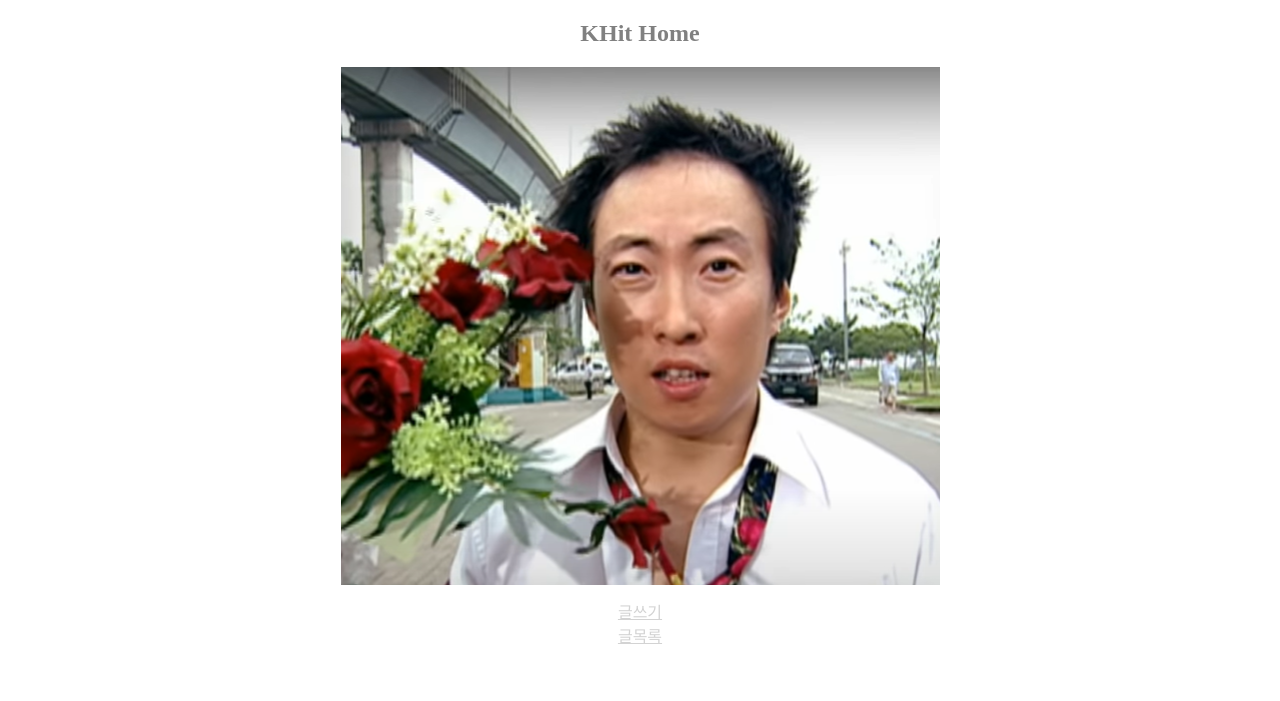
Repository: kimheerin/springWorks
Page: http://localhost/SpringBoard-jdbc/
An editor plug-in stored every save of this project. The page is shown before and after the next save, followed by the edit.
The browser window is 1280 px wide. The pictures show the whole page.
The page is served by Tomcat 9. Other server files are loaded and not shown.

Above is the page before, as saved 2023-12-28 01:05:37.

### SpringBoard-jdbc/src/main/webapp/WEB-INF/views/index.jsp
<%@ page language="java" contentType="text/html; charset=UTF-8"
    pageEncoding="UTF-8"%>
<!DOCTYPE html>
<html>
<head>
<meta charset="UTF-8">
<title>인덱스 페이지</title>
<link rel="stylesheet" href="/resources/css/style.css">
</head>
<body>
   <div id="content">
      <h2>KHit Home</h2>
      <div class=main-pic>
         <img src="/resources/images/순정명수.png" alt="순정명수">
      </div>
      <div class="menu">
      	<a href="/board/write">글쓰기</a><br>
      	<a href="/board/list">글목록</a>
      </div>
   </div>
</body>
</html>

### SpringBoard-jdbc/src/main/webapp/resources/css/style.css
@charset "UTF-8";

#content{width:1000px; margin:0 auto;}
h2{color:grey; text-align:center;}
.main-pic{text-align:center;}
.menu{text-align: center; margin: 10px;}
a{color: lightgrey;}

After the next save:
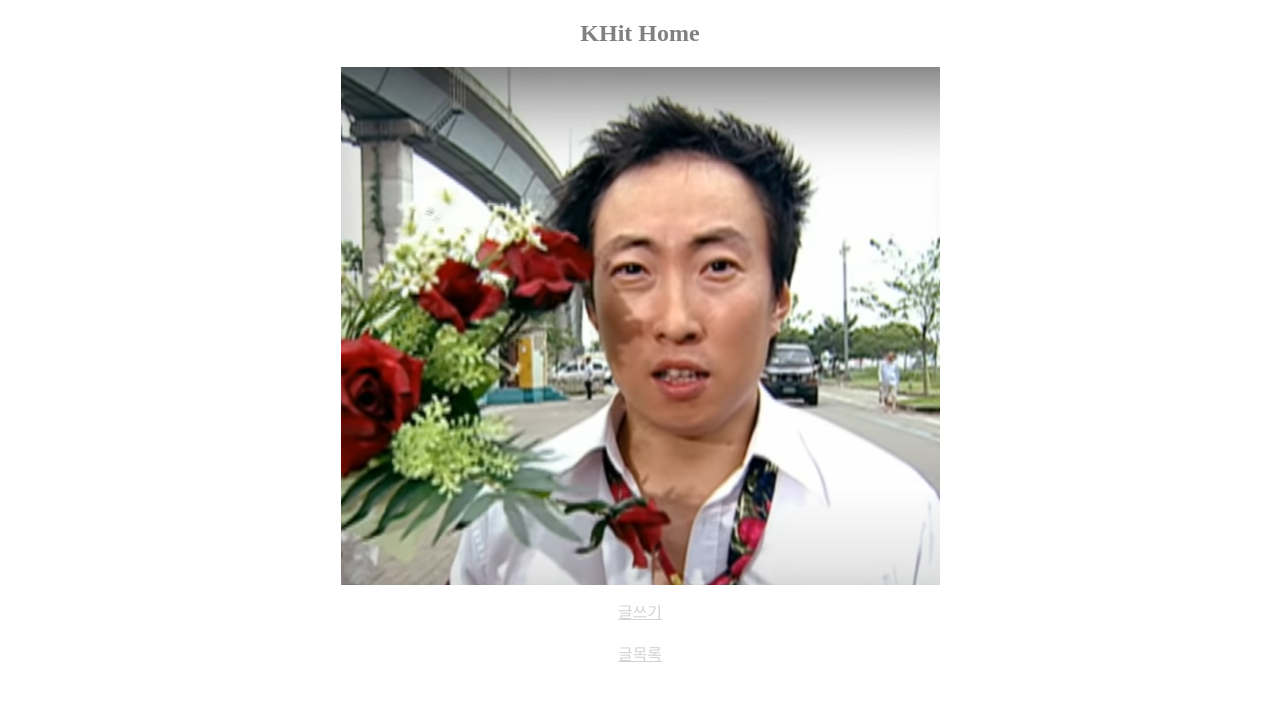
Saved 8 s later.
--- a/SpringBoard-jdbc/src/main/webapp/WEB-INF/views/index.jsp
+++ b/SpringBoard-jdbc/src/main/webapp/WEB-INF/views/index.jsp
@@ -14,7 +14,7 @@
          <img src="/resources/images/순정명수.png" alt="순정명수">
       </div>
       <div class="menu">
-      	<a href="/board/write">글쓰기</a><br>
+      	<a href="/board/write">글쓰기</a><br><br>
       	<a href="/board/list">글목록</a>
       </div>
    </div>
